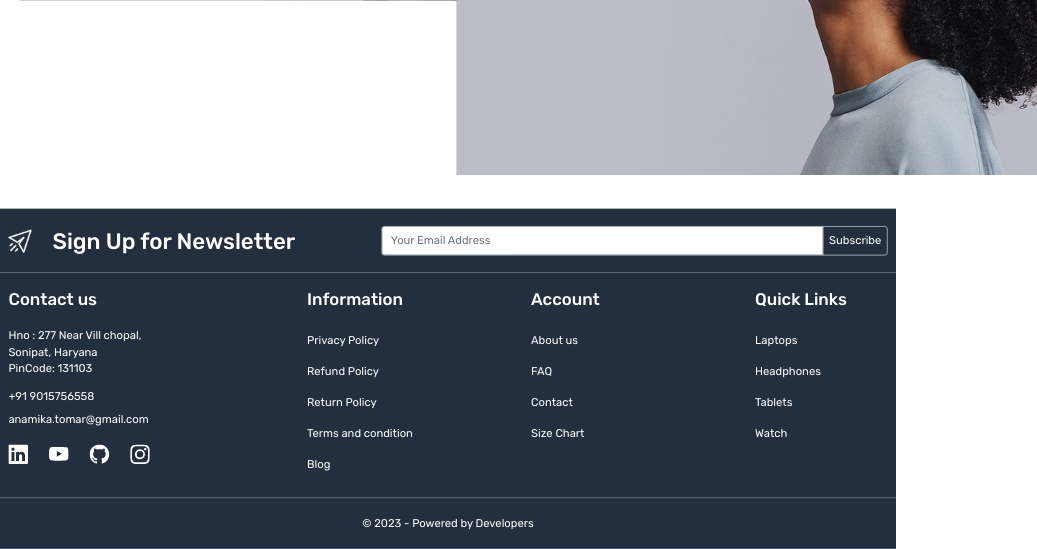
Repository: anamikatomar21/demo
Page: /
The author's editor kept a copy of each file at every save. The page is drawn from the files as they stood at one save, then again after the next save.
The browser window is 1280 px wide. The page is 1482 px wide, so the pictures cover 1482 px, including what lies to the right of the window. The pictures show the part of the page from y = 830 to 2470 px (the page is 1614 px tall before and 2714 px after), at 70% of full size.
The project was rebuilt for these pictures with package versions that can differ from the ones it lists, and the page was loaded fresh each time. Also part of the build but not shown: src/pages/About.js, src/pages/Contact.js.

Above is the page before, as saved 2023-05-14 18:58:31.

### public/index.html
<!DOCTYPE html>
<html lang="en">
  <head>
    <meta charset="utf-8" />
    <link rel="icon" href="%PUBLIC_URL%/favicon.ico" />
    <meta name="viewport" content="width=device-width, initial-scale=1" />
    <meta name="theme-color" content="#000000" />
    <meta
      name="description"
      content="Web site created using create-react-app"
    />
    <link rel="apple-touch-icon" href="%PUBLIC_URL%/logo192.png" />
    <link
      href="https://cdn.jsdelivr.net/npm/bootstrap@5.0.2/dist/css/bootstrap.min.css"
      rel="stylesheet"
      integrity="sha384-EVSTQN3/azprG1Anm3QDgpJLIm9Nao0Yz1ztcQTwFspd3yD65VohhpuuCOmLASjC"
      crossorigin="anonymous"
    />
    <link rel="manifest" href="%PUBLIC_URL%/manifest.json" />
    <link rel="preconnect" href="https://fonts.googleapis.com" />
    <link rel="preconnect" href="https://fonts.gstatic.com" crossorigin />
    <link
      href="https://fonts.googleapis.com/css2?family=Rubik:ital,wght@0,300;0,400;0,500;0,800;1,600&display=swap"
      rel="stylesheet"
    />
    <title>Ecommerce App</title>
  </head>
  <body>
    <noscript>You need to enable JavaScript to run this app.</noscript>
    <div id="root"></div>
    <script
      src="https://cdn.jsdelivr.net/npm/bootstrap@5.0.2/dist/js/bootstrap.bundle.min.js"
      integrity="sha384-MrcW6ZMFYlzcLA8Nl+NtUVF0sA7MsXsP1UyJoMp4YLEuNSfAP+JcXn/tWtIaxVXM"
      crossorigin="anonymous"
    ></script>
  </body>
</html>

### src/App.js
import React from "react";
import { BrowserRouter, Routes, Route } from "react-router-dom";
import "./App.css";
import Layout from "./components/Layout";
import Home from "./pages/Home";
import About from "./pages/About";
import Contact from "./pages/Contact";

function App() {
  return (
    <>
      <BrowserRouter>
        <Routes>
          <Route path="/" element={<Layout />}>
            <Route index element={<Home />} />
            <Route path="about" element={<About />} />
            <Route path="contact" element={<Contact />} />
          </Route>
        </Routes>
      </BrowserRouter>
    </>
  );
}

export default App;

### src/App.css
* {
  margin: 0;
  padding: 0;
  box-sizing: border-box;
}
:root {
  --color-131921: #131921;
  --color-3b4149: #3b4149;
  --color-febd69: #febd69;
  --color-232f3e: #232f3e;
  --color-bf4800: #bf4800;
  --color-f5f5f7: #f5f5f7;
  --color-ededed: #ededed;
  --color-777777: #777777;
  --color-1c1c1b: #1c1c1b;
}
.section-heading {
  font-size: 26px;
  line-height: 32px;
  font-weight: 500;
  margin-bottom: 30px;
}
.card-wrapper {
  background-color: white;
  box-shadow: 0 0 10px #0000001a;
  padding: 15px;
}
body {
  font-family: "Rubik", sans-serif;
}
a {
  text-decoration: none;
  display: inline-block;
}
.form-control:focus {
  box-shadow: none;
  border-color: inherit;
}

.gap-10 {
  gap: 10px;
}
.gap-15 {
  gap: 15px;
}
.gap-30 {
  gap: 30px;
}

.button {
  background-color: var(--color-232f3e);
  color: white;
  font-size: 14px;
  padding: 13px 33px;
  border-radius: 25px;
}
.button:hover {
  background-color: var(--color-febd69);
  color: #131921;
}
/* Header Part */

.header-top-strip {
  border-bottom: 1px solid var(--color-3b4149);
  background-color: var(--color-131921);
}
.header-upper {
  background-color: var(--color-131921);
}
.header-bottom {
  background-color: var(--color-232f3e);
}
.header-upper .input-group-text {
  background-color: var(--color-febd69);
}
.header-upper.header-upper-links img {
  width: 35px;
  height: 35px;
}
.header-bottom .menu-links a,
.header-bottom .dropdown button {
  color: white;
  font-size: 14px;
  line-height: 18px;
  font-weight: 400;
  letter-spacing: 0.3;
  text-transform: uppercase;
}

.header-bottom .dropdown button:focus {
  box-shadow: none;
}
.header-bottom .dropdown-menu {
  background-color: var(--color-131921);
  width: 100%;
  transform: translate3d(0px, 57px, 0px) !important;
}
.header-bottom .dropdown-item {
  padding: 20px;
  margin-bottom: 3px;
  border-bottom: 1px solid var(--color-3b4149);
}
.header-bottom .dropdown-item:hover {
  background-color: transparent;
  color: var(--color-febd69) !important;
}
/* Header Part End Here */

/* Footer part */

footer {
  background-color: var(--color-232f3e);
}
footer:not(:first-child) {
  border-top: 1px solid rgba(255, 255, 255, 0.1);
}
footer .input-group-text {
  background-color: var(--color-232f3e);
  color: white;
  padding: 8px 17px;
}
/* Footer part ends here */

### src/components/Layout.js
import React from "react";
import { Outlet } from "react-router-dom";
import Footer from "./Footer";
import Header from "./Header";

const Layout = () => {
  return (
    <>
      <Header />
      <Outlet />
      <Footer />
    </>
  );
};

export default Layout;

### src/pages/Home.js
import React from "react";

const Home = () => {
  return (
    <>
      <section className="home-wrapper-1 py-5">
        <div className="container-xxl">
          <div className="row">
            <div className="col-6">
              <div className="main-banner-content p-3">
                <img src="/images/images/main-banner.jpg" alt="" />
              </div>
            </div>

            <div className="col-6">
              <div className="col-3">
                <img src="/images/images/catbanner-01.jpg" alt="" />
              </div>
              <div className="col-3">
                <img src="/images/images/main-banner.jpg" alt="" />
              </div>
            </div>
          </div>
        </div>
      </section>
    </>
  );
};

export default Home;

### src/components/Footer.js
import React from "react";
import { BsLinkedin, BsYoutube, BsGithub, BsInstagram } from "react-icons/bs";
import { Link } from "react-router-dom";

const Footer = () => {
  return (
    <>
      <footer className="py-4">
        <div className="container-xxl">
          <div className="row  align-items-center">
            <div className="col-5">
              <div className="footer-top-data d-flex gap-30 align-items-center">
                <img src="/images/images/newsletter.png" alt="newsletter" />
                <h2 className="mb-0 text-white">Sign Up for Newsletter</h2>
              </div>
            </div>
            <div className="col-7">
              <div className="input-group">
                <input
                  type="text"
                  className="form-control py-1"
                  placeholder="Your Email Address"
                  aria-label="Your Email Address"
                  aria-describedby="basic-addon2"
                />
                <span className="input-group-text p-2" id="basic-addon2">
                  Subscribe
                </span>
              </div>
            </div>
          </div>
        </div>
      </footer>
      <footer className="py-4">
        <div className="container-xxl">
          <div className="row">
            <div className="col-4">
              <h4 className="text-white mb-4">Contact us </h4>
              <div>
                <address className="text-white fs-6">
                  Hno : 277 Near Vill chopal, <br /> Sonipat, Haryana <br />
                  PinCode: 131103
                </address>

                <a
                  href="tel: +91 9015756558"
                  className="text-white d-block mb-1 mt-3"
                >
                  +91 9015756558
                </a>
                <a
                  href="mailto:anamika.tomar@gmail.com"
                  className="text-white d-block mb-0 mt-2"
                >
                  anamika.tomar@gmail.com
                </a>

                <div className="socialicons d-flex align-item-center gap-30 mt-4">
                  <a href="" className="text-white">
                    <BsLinkedin className=" fs-3" />
                  </a>
                  <a href="" className="text-white">
                    <BsYoutube className=" fs-3" />
                  </a>
                  <a href="" className="text-white">
                    <BsGithub className=" fs-3" />
                  </a>
                  <a href="" className="text-white">
                    <BsInstagram className=" fs-3" />
                  </a>
                </div>
              </div>
            </div>
            <div className="col-3">
              <h4 className="text-white mb-4">Information</h4>
              <div className="footer-link d-flex flex-column">
                <Link className="text-white py-2 mb-1">Privacy Policy</Link>
                <Link className="text-white py-2 mb-1">Refund Policy</Link>
                <Link className="text-white py-2 mb-1">Return Policy</Link>
                <Link className="text-white py-2 mb-1">
                  Terms and condition
                </Link>
                <Link className="text-white py-2 mb-1">Blog</Link>
              </div>
            </div>
            <div className="col-3">
              <h4 className="text-white mb-4">Account</h4>
              <div className="footer-link d-flex flex-column">
                <Link className="text-white py-2 mb-1">About us </Link>
                <Link className="text-white py-2 mb-1">FAQ</Link>
                <Link className="text-white py-2 mb-1">Contact</Link>
                <Link className="text-white py-2 mb-1">Size Chart</Link>
              </div>
            </div>

            <div className="col-2">
              <h4 className="text-white mb-4">Quick Links</h4>
              <div className="footer-link d-flex flex-column">
                <Link className="text-white py-2 mb-1">Laptops</Link>
                <Link className="text-white py-2 mb-1">Headphones</Link>
                <Link className="text-white py-2 mb-1">Tablets</Link>
                <Link className="text-white py-2 mb-1">Watch</Link>
              </div>
            </div>
          </div>
        </div>
      </footer>
      <footer className="py-4">
        <div className="container-xxl">
          <div className="row">
            <div className="col-12">
              <p className="text-center mb-0 text-white">
                &copy; {new Date().getFullYear()} - Powered by Developers
              </p>
            </div>
          </div>
        </div>
      </footer>
    </>
  );
};

export default Footer;

### src/components/Header.js
import React from "react";
import { NavLink, Link } from "react-router-dom";
import { BsSearch } from "react-icons/bs";

const Header = () => {
  return (
    <>
      <header className="header-top-strip py-3">
        <div className="container-xxl">
          <div className="row">
            <div className="col-6">
              <p className="text-white mb-0">
                Free Shipping Over $100 & Free Returns
              </p>
            </div>
            <div className="col-6">
              <p className="text-end text-white mb-0">
                Hotline:
                <a href="tel:+91 9015756555" className="text-white">
                  +91 9015756555
                </a>
              </p>
            </div>
          </div>
        </div>
      </header>

      <header className="header-upper py-3">
        <div className="container-xxl">
          <div className="row align-items-center">
            <div className="col-2">
              <h2>
                <Link className="text-white">Dev Corner</Link>
              </h2>
            </div>
            <div className="col-5 ">
              <div className="input-group ">
                <input
                  type="text"
                  className="form-control py-2"
                  placeholder="Search Product Here..."
                  aria-label="Search Product Here..."
                  aria-describedby="basic-addon2"
                />
                <span className="input-group-text py-3" id="basic-addon2">
                  <BsSearch className="fs-6" />
                </span>
              </div>
            </div>
            <div className="col-5">
              <div className="headear-upper-links d-flex align-items-center justify-content-between">
                <div>
                  <Link
                    to="/compare-product"
                    className="d-flex align-items-center gap-10 text-white"
                  >
                    <img src="/images/images/compare.svg" alt="compare" />
                    <p className="mb-0">
                      Compare <br /> Products
                    </p>
                  </Link>
                </div>
                <div>
                  <Link
                    to="/compare-product"
                    className="d-flex align-items-center gap-10 text-white"
                  >
                    <img src="/images/images/wishlist.svg" alt="compare" />
                    <p className="mb-0">
                      Favourite <br /> wishlist
                    </p>
                  </Link>
                </div>
                <div>
                  <Link
                    to="/compare-product"
                    className="d-flex align-items-center gap-10 text-white"
                  >
                    <img src="/images/images/user.svg" alt="compare" />
                    <p className="mb-0">
                      Log in <br /> My Account
                    </p>
                  </Link>
                </div>
                <div>
                  <Link
                    to="/cart"
                    className="d-flex align-items-center gap-10 text-white"
                  >
                    <img src="/images/images/cart.svg" alt="cart" />
                    <div className="d-flex flex-column gap-10">
                      <span className="badge bg-white text-dark">0</span>
                      <p className="mb-0">$ 500</p>
                    </div>
                  </Link>
                </div>
              </div>
            </div>
          </div>
        </div>
      </header>

      <header className="header-bottom py-3">
        <div className="container-xxl">
          <div className="row">
            <div className="col-12">
              <div className="menu-bottom d-flex align-items-center gap-30">
                <div>
                  <div className="dropdown">
                    <button
                      className="btn btn-secondary dropdown-toggle bg-transparent border-0 gap-15 d-flex align-items-center"
                      type="button"
                      id="dropdownMenuButton1"
                      data-bs-toggle="dropdown"
                      aria-expanded="false"
                    >
                      <img src="/images/images/menu.svg" alt="" />
                      <span> Shop Categories</span>
                    </button>
                    <ul
                      className="dropdown-menu"
                      aria-labelledby="dropdownMenuButton1"
                    >
                      <li>
                        <Link className="dropdown-item text-white" to="">
                          Action
                        </Link>
                      </li>
                      <li>
                        <Link className="dropdown-item text-white" to="">
                          Another action
                        </Link>
                      </li>
                      <li>
                        <Link className="dropdown-item text-white" to="">
                          Something else here
                        </Link>
                      </li>
                    </ul>
                  </div>
                </div>
                <div className="menu-links">
                  <div className="d-flex align-items-center gap-15">
                    <NavLink to="/">Home</NavLink>
                    <NavLink to="/">Our Store</NavLink>
                    <NavLink to="/">Blog</NavLink>
                    <NavLink to="/">Our Contact</NavLink>
                  </div>
                </div>
              </div>
            </div>
          </div>
        </div>
      </header>
    </>
  );
};

export default Header;

Loaded but not shown: src/index.js (common file)

After the next save:
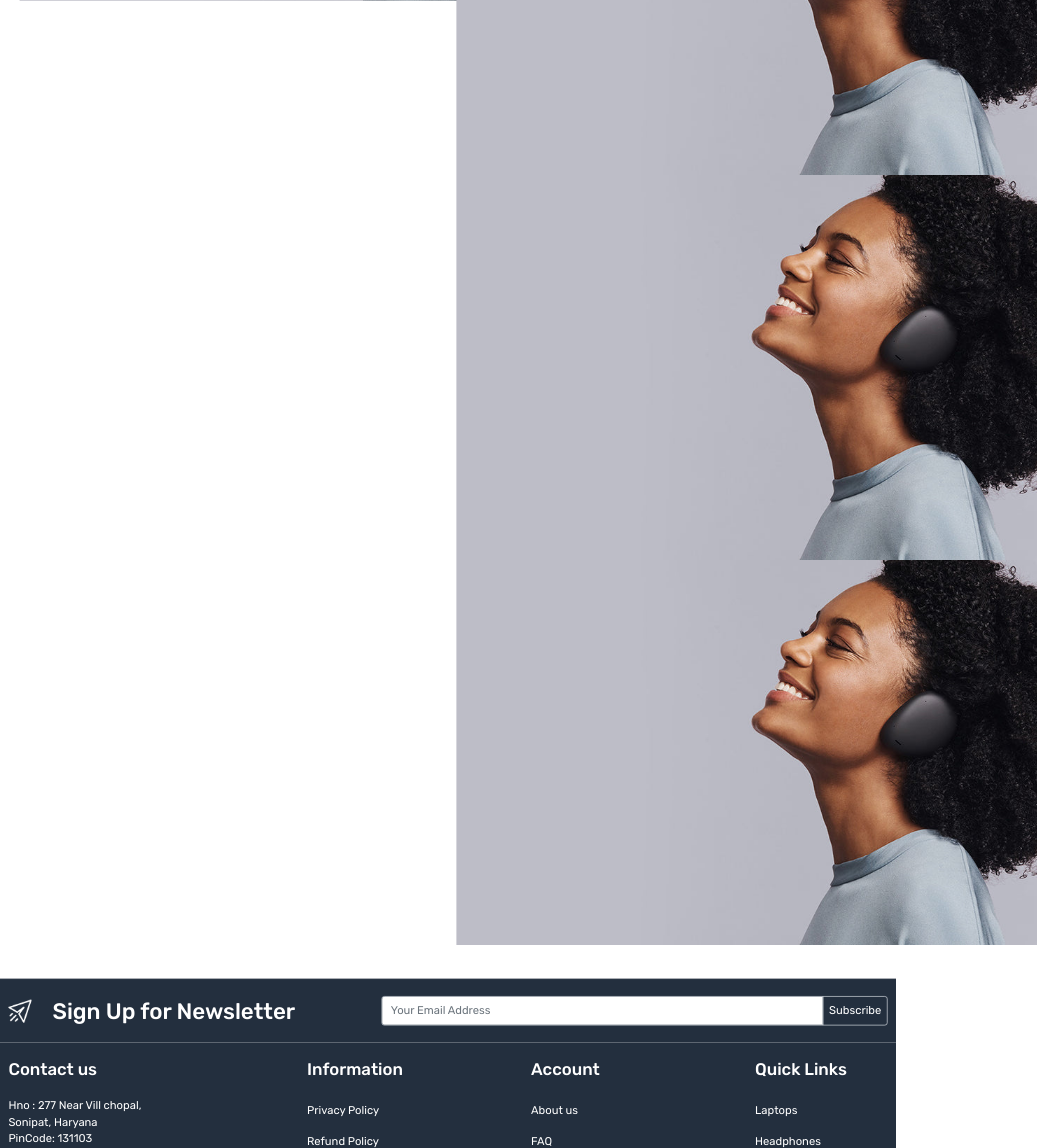
Saved 6 s later.
--- a/src/pages/Home.js
+++ b/src/pages/Home.js
@@ -18,6 +18,12 @@
               </div>
               <div className="col-3">
                 <img src="/images/images/main-banner.jpg" alt="" />
+              </div>{" "}
+              <div className="col-3">
+                <img src="/images/images/main-banner.jpg" alt="" />
+              </div>{" "}
+              <div className="col-3">
+                <img src="/images/images/main-banner.jpg" alt="" />
               </div>
             </div>
           </div>
